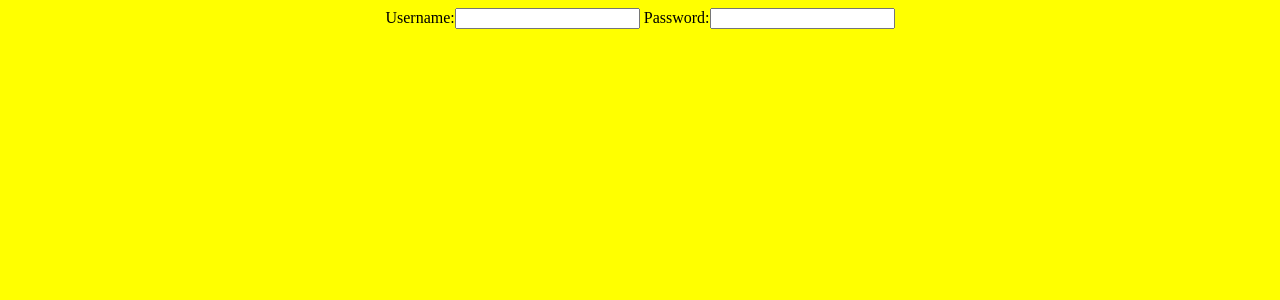
Repository: niket024/Servlet-Tutorial
Page: LoginLogout/WebContent/Login.html
These files come from the project's save history. The page is drawn as it stood at one moment and after the next save; the edit follows.
The browser window is 1280 px wide. The pictures show the whole page.

Above is the page before, as saved 2016-08-18 16:46:52.

After the next save:
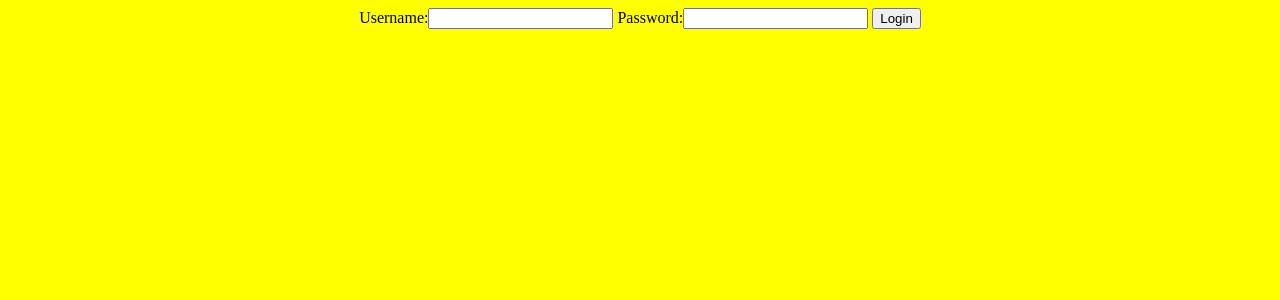
Saved 14 s later.
--- a/LoginLogout/WebContent/Login.html
+++ b/LoginLogout/WebContent/Login.html
@@ -8,6 +8,7 @@
 <center>
 Username:<input type="text" name="uname">
 Password:<input type="password" name="pwd">
+<input type="submit" value="Login">
 </center>
 </body>
 </html>
